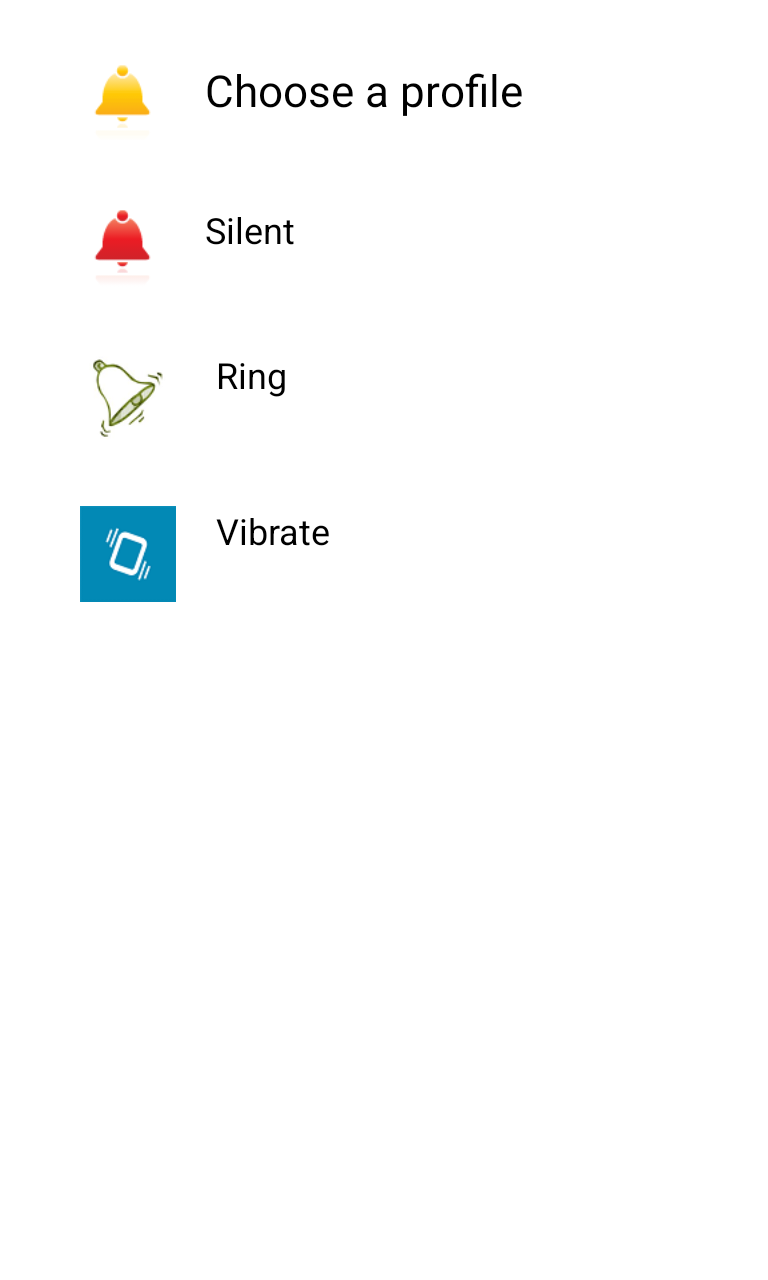
Repository: born2behappy18/meetingMiliue
Layout: MeetingMileu/res/layout/profile.xml
These files come from the project's save history. The layout is drawn as it stood at one moment and after the next save; the edit follows.
It is drawn on a 768 x 1280 px phone screen (xhdpi) without system bars, with theme AppTheme; the app's code is not run.

Above is the layout before, as saved 2015-10-13 12:12:46.

After the next save:
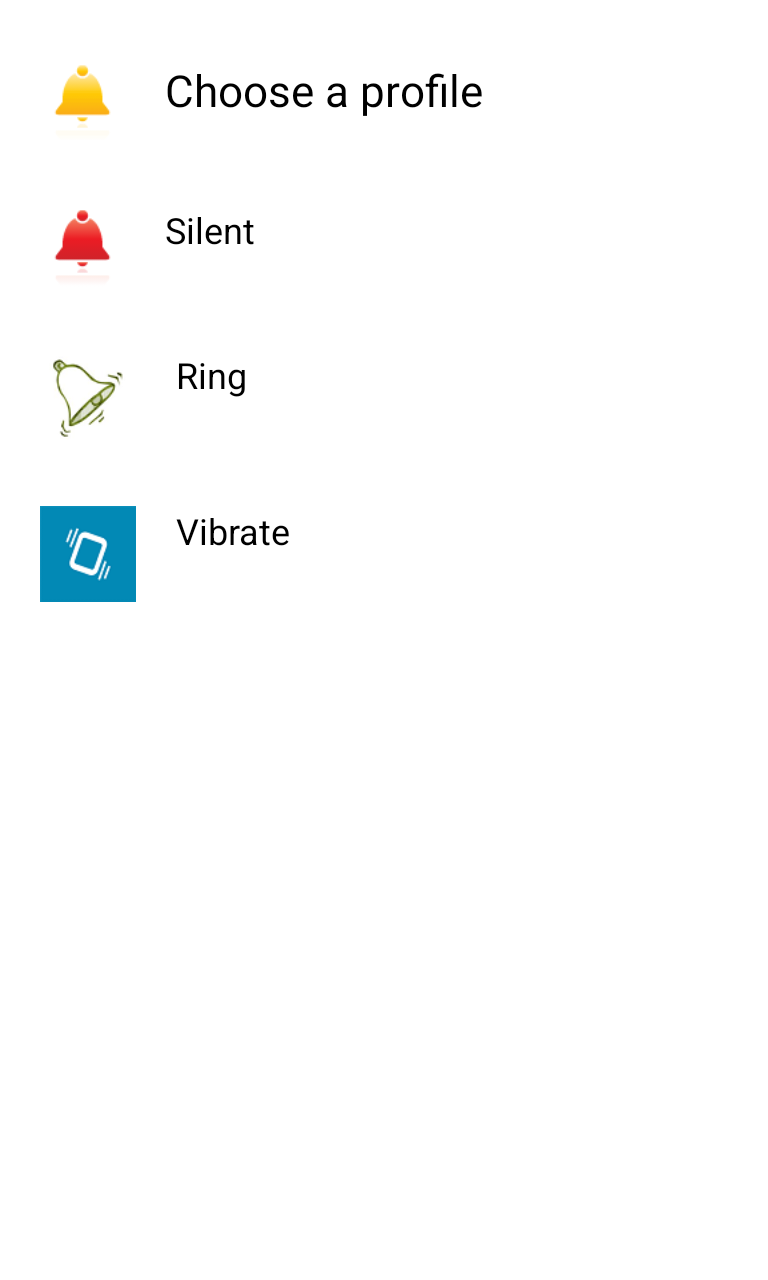
Saved 2 min 21 s later.
--- a/MeetingMileu/res/layout/profile.xml
+++ b/MeetingMileu/res/layout/profile.xml
@@ -13,7 +13,7 @@
         android:layout_width="wrap_content"
         android:layout_height="wrap_content"
         android:src="@drawable/alarm"
-        android:layout_marginLeft="40dp" />
+        android:layout_marginLeft="20dp" />
 
     <TextView
         android:id="@+id/textView1"
@@ -33,7 +33,7 @@
         android:layout_width="wrap_content"
         android:layout_height="wrap_content"
         android:src="@drawable/silent"
-        android:layout_marginLeft="40dp" />
+        android:layout_marginLeft="20dp" />
 
     <TextView
         android:id="@+id/tvSilent"
@@ -53,7 +53,7 @@
         android:layout_width="wrap_content"
         android:layout_height="wrap_content"
         android:src="@drawable/ring"
-        android:layout_marginLeft="40dp" />
+        android:layout_marginLeft="20dp" />
 
     <TextView
         android:id="@+id/tvRing"
@@ -72,7 +72,7 @@
         android:id="@+id/imageView4"
         android:layout_width="wrap_content"
         android:layout_height="wrap_content"
-        android:layout_marginLeft="40dp"
+        android:layout_marginLeft="20dp"
         android:src="@drawable/vibrate" />
 
     <TextView
